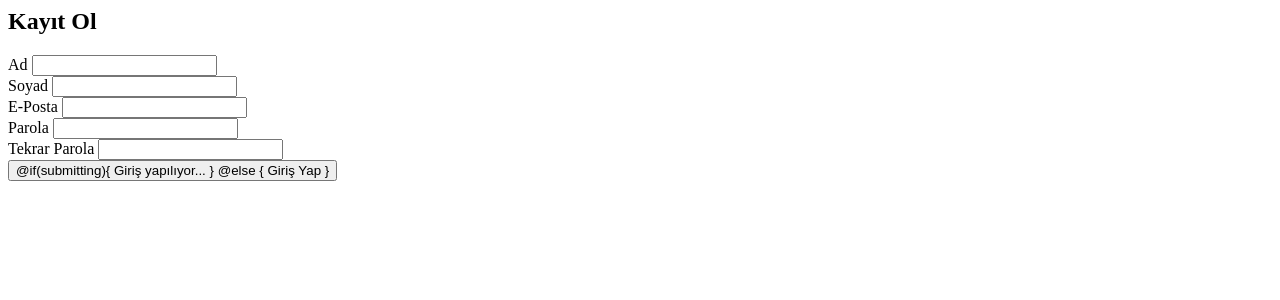
Repository: hakanozer/yazilim_uzmanligi_21_Aralilk_2024
Page: bitirme_projeleri/angular/Omer_Kafkas/src/app/pages/register/register.html
An editor plug-in stored every save of this project. The page is shown before and after the next save, followed by the edit.
The browser window is 1280 px wide. The pictures show the whole page.

Above is the page before, as saved 2025-08-31 22:00:55.

### bitirme_projeleri/angular/Omer_Kafkas/src/app/pages/register/register.html
<app-background-item></app-background-item>

<div class="register-wrapper">
    <form class="register-card">
        <h2>Kayıt Ol</h2>

        <div class="field">
            <label for="name">Ad</label>
            <input id="name" type="text">
        </div>
        <div class="field">
            <label for="surname">Soyad</label>
            <input id="surname" type="text">
        </div>
        <div class="field">
            <label for="mail">E-Posta</label>
            <input id="mail" type="email">
        </div>
        <div class="field">
            <label for="password">Parola</label>
            <input id="password" type="password">
        </div>
        <div class="field">
            <label for="passwordAgain">Tekrar Parola</label>
            <input id="passwordAgain" type="password">
        </div>

         <button class="submit" type="submit" [disabled]=" || form.invalid">@if(submitting){ Giriş yapılıyor... } @else { Giriş Yap }</button>
    </form>
</div>

After the next save:
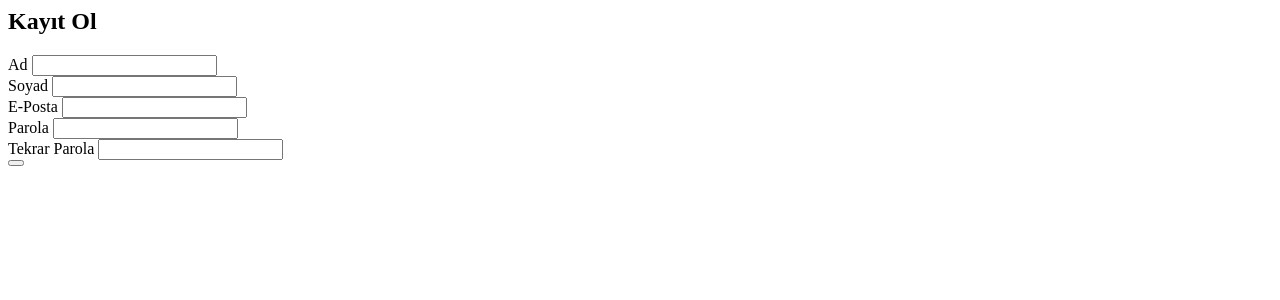
Saved 17 s later.
--- a/bitirme_projeleri/angular/Omer_Kafkas/src/app/pages/register/register.html
+++ b/bitirme_projeleri/angular/Omer_Kafkas/src/app/pages/register/register.html
@@ -25,6 +25,6 @@
             <input id="passwordAgain" type="password">
         </div>
 
-         <button class="submit" type="submit" [disabled]=" || form.invalid">@if(submitting){ Giriş yapılıyor... } @else { Giriş Yap }</button>
+         <button class="submit" type="submit" </button>
     </form>
 </div>

After the save that followed:
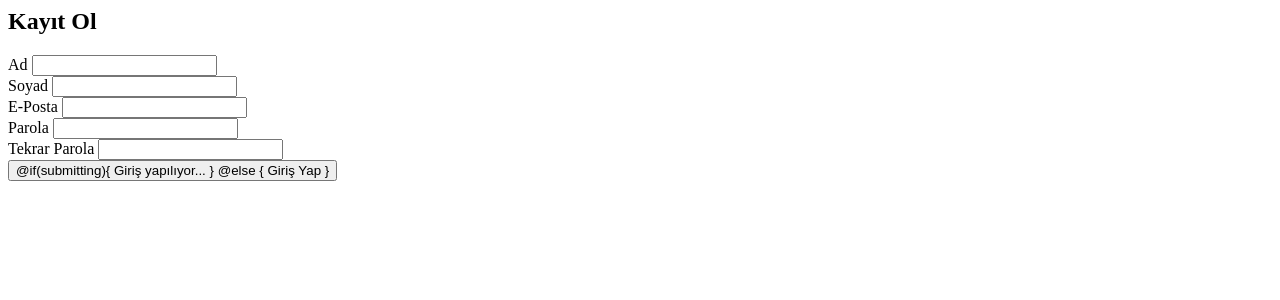
Saved 4 s later.
--- a/bitirme_projeleri/angular/Omer_Kafkas/src/app/pages/register/register.html
+++ b/bitirme_projeleri/angular/Omer_Kafkas/src/app/pages/register/register.html
@@ -25,6 +25,6 @@
             <input id="passwordAgain" type="password">
         </div>
 
-         <button class="submit" type="submit" </button>
+         <button class="submit" type="submit" [disabled]=" || form.invalid">@if(submitting){ Giriş yapılıyor... } @else { Giriş Yap }</button>
     </form>
 </div>
